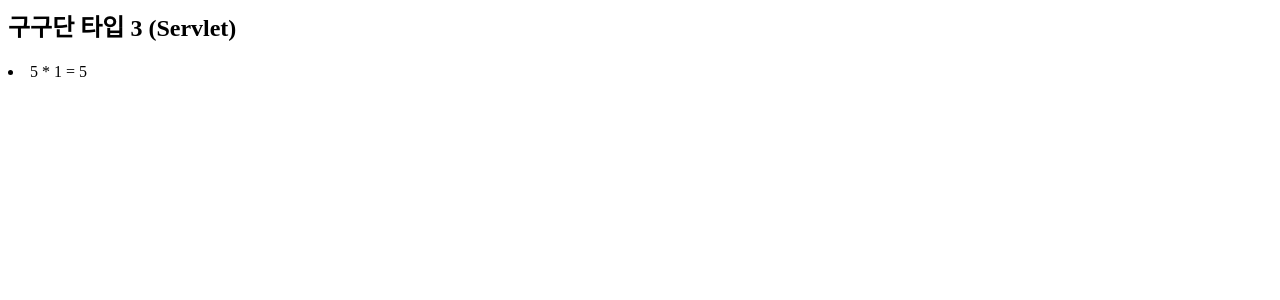
Repository: Byeonghee-son/DB-Servlet
Page: http://localhost/ServletStudy/gugudan
An editor plug-in stored every save of this project. The page is shown before and after the next save, followed by the edit.
The browser window is 1280 px wide. The pictures show the whole page.
The page is served by Tomcat 9. Other server files are loaded and not shown.

Above is the page before, as saved 2023-05-11 05:55:53.

### ServletStudy/src/main/java/edu/pnu/servlet/gugudan.java
package edu.pnu.servlet;

import java.io.IOException;
import java.io.PrintWriter;

import javax.servlet.ServletException;
import javax.servlet.annotation.WebServlet;
import javax.servlet.http.HttpServlet;
import javax.servlet.http.HttpServletRequest;
import javax.servlet.http.HttpServletResponse;

@WebServlet("/gugudan")
public class gugudan extends HttpServlet {
	private static final long serialVersionUID = 1L;

	@Override
	protected void doGet(HttpServletRequest req, HttpServletResponse resp) throws ServletException, IOException {
		// TODO Auto-generated method stub
		String type = req.getParameter("type");
		String snum = req.getParameter("num");
		int num = 5;
		if(snum != null) num = Integer.parseInt(snum);
		resp.setContentType("text/html; charset=utf-8");
		try(PrintWriter out = resp.getWriter();){

			out.println("<h2>구구단 타입 3 (Servlet)</h2>");

			for(int i = 1; i < 10 ; i++) {
				out.println("<li>" + num  + " * " + i  + " = " + num * i + "</li>");
			out.close();

			}

		}catch(IOException e) {
			e.printStackTrace();
		}




	}
}

After the next save:
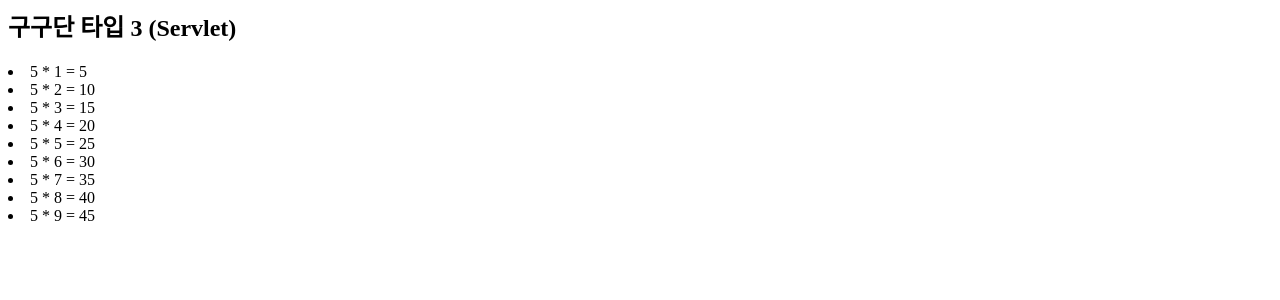
Saved 24 s later.
--- a/ServletStudy/src/main/java/edu/pnu/servlet/gugudan.java
+++ b/ServletStudy/src/main/java/edu/pnu/servlet/gugudan.java
@@ -27,9 +27,10 @@ public class gugudan extends HttpServlet {
 
 			for(int i = 1; i < 10 ; i++) {
 				out.println("<li>" + num  + " * " + i  + " = " + num * i + "</li>");
+
+			}
 			out.close();
 
-			}
 
 		}catch(IOException e) {
 			e.printStackTrace();
